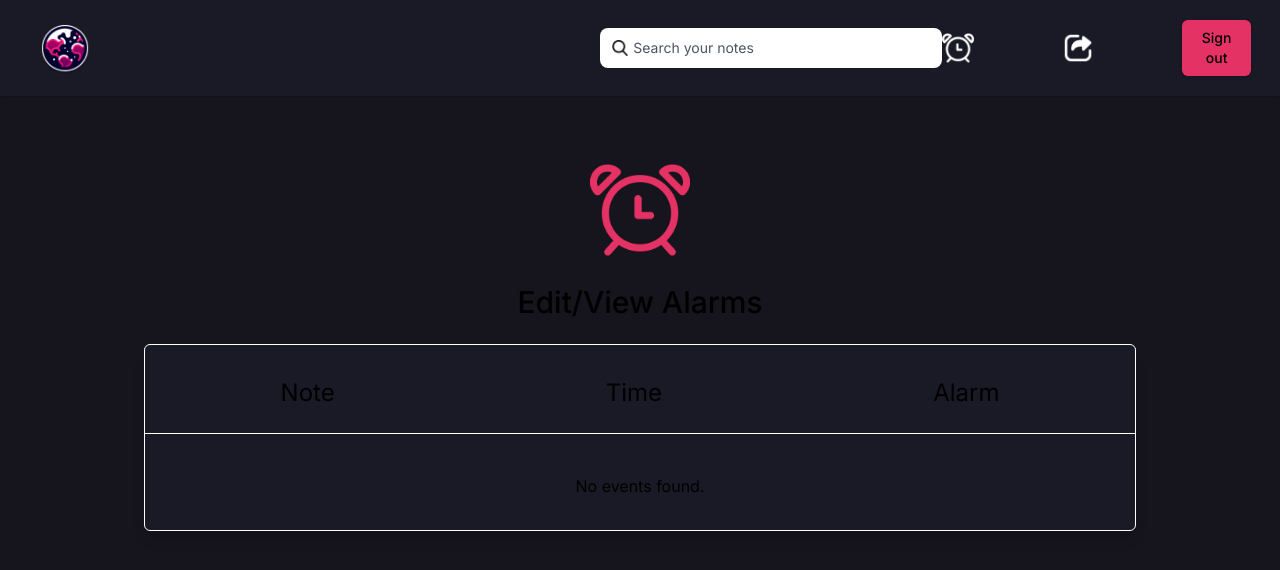
Repository: plan-it-earth/plan-it-earth
Page: /pages/alarm
An editor plug-in stored every save of this project. The page is shown before and after the next save, followed by the edit.
The browser window is 1280 px wide. The pictures show the whole page.
The project was rebuilt for these pictures with package versions that can differ from the ones it lists, and the page was loaded fresh each time. The framework's server and built-in components were replaced by stand-ins that run in the browser. Also part of the build but not shown: next.config.mjs, app/lib/Hooks/dbActions.js, app/Components/AlarmRow.tsx.

Above is the page before, as saved 2024-04-18 20:28:42.

### app/layout.tsx
import type { Metadata } from "next";
import { Inter } from "next/font/google";
import "./globals.css";

import { AuthProvider } from "./lib/firebase/AuthProvider";

const inter = Inter({ subsets: ["latin"] });

export const metadata: Metadata = {
  title: "Plan-It-Earth",
  description: "Plan-It-Earth is a calendar application for professors and students",
};

export default function RootLayout({
  children,
}: Readonly<{
  children: React.ReactNode;
}>) {
  return (
    <html lang="en" className="bg-[#16141C]">
      <AuthProvider>
        <body className={inter.className}>{children}</body>
      </AuthProvider>
    </html>
  );
}

### app/pages/alarm/page.jsx
'use client';
import { useRouter } from 'next/navigation';
import React, { useState, useEffect } from 'react';
import { onAuthStateChanged } from 'firebase/auth';
import { auth } from '../../../firebaseConfig';
import Header from '../../Components/Header';
import alarm from '../../Images/alarmLogo.png';
import Image from 'next/image';
import FullCalendar from '@fullcalendar/react';
import dayGridPlugin from '@fullcalendar/daygrid';
import { useCalendarApi } from '../../lib/Context/CalendarProvider';
import AlarmRow from '../../Components/AlarmRow';

export default function Alarm() {
    const router = useRouter();
    const { calendarApi } = useCalendarApi();
    const [events, setEvents] = useState([]);


    useEffect(() => {
        if (calendarApi) {
            const loadEvents = () => {
                const eventsArray = calendarApi.getEvents();
                const filteredEvents = eventsArray.filter((event) => event.extendedProps.alarm >= 0);
                setEvents(filteredEvents);
            };
            loadEvents();
        }
    }, [calendarApi]);

    const formatDate = (date) => {
        const d = new Date(date);
        const options = {
            year: 'numeric', month: '2-digit', day: '2-digit',
            hour: '2-digit', minute: '2-digit', hour12: true,
        };
        return d.toLocaleString('en-US', options).replace(',', ' @');
    }


    return (
        <div className="bg-[#16141C] h-lvh justify-center">
            <Header />
            <div className="flex justify-center mt-16">
                <Image src={alarm} alt="Alarm" height={100} width={100} />
            </div>
            <div className="flex w-full justify-center">
                <h2 className="font-medium text-3xl mt-6">Edit/View Alarms</h2>
            </div>
            <div className="flex flex-col mx-2 sm:mx-36 md:mx-36 lg:mx-36 py-8 bg-[#1A1926] mt-6 border shadow-lg border-white rounded-md">
                <div className="flex flex-row w-full pb-6 text-xl sm:text-2xl font-normal justify-around border-b border-b-1 border-white">
                    <h1>Note</h1>
                    <h1>Time</h1>
                    <h1>Alarm</h1>
                </div>
                <div className="flex flex-col w-full gap-6 mt-6">
                    {events.length > 0 ? (
                        <div className="flex flex-col gap-6">
                            {events.map(event => (
                                <AlarmRow key={event.id} title={event.title} time={formatDate(event.start)} alarm={event.extendedProps.alarm} id={event.id} />
                            ))}
                        </div>
                    ) : (
                        <p className="text-center mt-4">No events found.</p>
                    )}
                </div>
            </div>
        </div>
    );
}

### app/globals.css
@tailwind base;
@tailwind components;
@tailwind utilities;

:root {
  --foreground-rgb: 0, 0, 0;
  --background-start-rgb: 214, 219, 220;
  --background-end-rgb: 255, 255, 255;
}

@media (prefers-color-scheme: dark) {
  :root {
    --foreground-rgb: 255, 255, 255;
    --background-start-rgb: 0, 0, 0;
    --background-end-rgb: 0, 0, 0;
  }
}

body {
  color: rgb(var(--foreground-rgb));
  background: linear-gradient(
      to bottom,
      transparent,
      rgb(var(--background-end-rgb))
    )
    rgb(var(--background-start-rgb));
}

@layer utilities {
  .text-balance {
    text-wrap: balance;
  }
}

.buttonexportpage:hover {
  background-color: #E53265;
}

### app/lib/firebase/AuthProvider.tsx
'use client'

import React, { useState, useEffect } from 'react';
import { onAuthStateChanged, User as firebaseUser } from 'firebase/auth';
import { auth, db } from '../../../firebaseConfig';
import { doc, onSnapshot } from 'firebase/firestore';
import UserContext from './UserContext';
import { CalendarProvider } from '../Context/CalendarProvider';

export interface UserData {
    email: string;
    uid: string;
    events: "";
}

export interface AuthState {
    userData: UserData | null;
}

interface AuthProviderProps {
    children: React.ReactNode;
}

export const AuthProvider = ({ children }: AuthProviderProps) => {
    const [userData, setUserData] = useState<AuthState>({ userData: null});

    useEffect(() => {
        const unsubscribe = onAuthStateChanged(auth, async (user: firebaseUser | null) => {
            try {
                // If user is logged in, get user data from firestore
                if (user) {
                    const uid = user.uid;
                    const userRef = doc(db, 'users', uid);
                    const unsubscribeUser = onSnapshot(userRef, (doc) => {
                        const userData = doc.exists() ? {...doc.data(), uid} as UserData : null;
                        setUserData({ userData });
                    });
                    return () => unsubscribeUser();
                } else {
                    setUserData({ userData: null });
                    return () => {};
                }
            } catch (error) {
                console.log("Error getting user data: ", error);
            }
        });
        return () => unsubscribe();
    }, []);
    return (
        <UserContext.Provider value={userData}>
            <CalendarProvider>
                {children}
            </CalendarProvider>
        </UserContext.Provider>
    )
}

### firebaseConfig.ts
// Import firebase modules
import 'firebase/firestore';
import 'firebase/auth';
import 'firebase/storage';
// Import the functions you need from the SDKs you need
import { initializeApp } from "firebase/app";
import { getFirestore } from 'firebase/firestore';
import { getAuth } from 'firebase/auth';
import { getStorage } from 'firebase/storage';
// TODO: Add SDKs for Firebase products that you want to use
// https://firebase.google.com/docs/web/setup#available-libraries

// Your web app's Firebase configuration
// For Firebase JS SDK v7.20.0 and later, measurementId is optional
const firebaseConfig = {
  apiKey: "AIzaSyBZBzlYp8KR-bJDEJVVbYroSMxS-GXYmR8",
  authDomain: "plan-it-earth-94b85.firebaseapp.com",
  projectId: "plan-it-earth-94b85",
  storageBucket: "plan-it-earth-94b85.appspot.com",
  messagingSenderId: "97255809349",
  appId: "1:97255809349:web:8b9f6ed7ba990714221e2c",
  measurementId: "G-WXFLGQPQ1S"
};

// Initialize Firebase
const app = initializeApp(firebaseConfig);
export const db = getFirestore(app);
export const auth = getAuth(app);
export const storage = getStorage(app);

### app/Components/Header.tsx
'use client';
import React, { useState, useEffect } from 'react';
import ReactDOM from 'react-dom';
import Image from 'next/image';
import { useRouter } from 'next/navigation';

import Search from './Search';

import logo from '../Images/headerlogo.png';
import alarm from '../Images/headeralarm.png';
import share from '../Images/headershare.png';

import { getAuth, signOut } from "firebase/auth";

function logOut() {
    const auth = getAuth();
    signOut(auth).then(() => {
        console.log("User signed out");
    }).catch((error) => {
        console.log("Error signing out: ", error);
    });

    console.log("Sign out clicked");
    location.href = "/";
}

export default function Header() {
    const router = useRouter();

    const routeToAlarm = () => {
        router.push('/pages/alarm')
    }

    const routeToExportOrShare = () => {
        router.push('/pages/exportorshare')
    }

    const routeToCalendar = () => {
        router.push('/pages/calendar')
    }

    return (
        <div className="flex h-24 w-full px-2 py-5 bg-[#1A1926] shadow justify-around md:px-10">
            <div className="flex flex-row h-full items-center space-x-2 md:gap-20">
                <Image onClick={routeToCalendar} src={logo} alt="Plan-It-Earth" height={50} width={50} className="h-30 w-30 mt-1 cursor-pointer hover:opacity-85 md:h-35 md:h-35"/>
                <div className="hidden sm:w-48 sm:block"></div>
                <div className="hidden sm:w-48 sm:block"></div>
            </div>
            {/*<div className="hidden w-24 lg:block"></div>*/}
            <Search />
            <div className="flex flex-row h-full items-center space-x-2 md:gap-20">
                <Image onClick={routeToAlarm} src={alarm} alt="Alarm" height={35} width={35} className="h-8 w-8 cursor-pointer hover:opacity-85"/>
                <Image onClick={routeToExportOrShare} src={share} alt="Share" height={35} width={35} className="h-8 w-8 cursor-pointer hover:opacity-85"/>
                <button onClick={() => logOut()} className="px-3 py-2 rounded-md text-xs font-medium bg-[#E53265] outline-none border-none shadow hover:brightness-110 md:px-5 md:py-2 md:text-sm">Sign out</button>
            </div>
        </div>
    )
}

### app/lib/Context/CalendarProvider.tsx
import React, { createContext, useContext, useState, ReactNode, RefObject } from 'react';

interface CalendarProviderProps {
    children: ReactNode;
}

interface CalendarContextType {
    calendarApi: any;
    setCalendarApi: (api: any) => void;
}

const CalendarContext = createContext<CalendarContextType | null>(null);

export const CalendarProvider: React.FC<CalendarProviderProps> = ({ children }) => {
    const [calendarApi, setCalendarApi] = useState<any>(null);

    return (
        <CalendarContext.Provider value={{ calendarApi, setCalendarApi }}>
            {children}
        </CalendarContext.Provider>
    );
};

export const useCalendarApi = () => {
    const context = useContext(CalendarContext);
    if (context === null) {
        throw new Error('useCalendarRef must be used within a CalendarProvider');
    }
    return context;
};

### app/lib/firebase/UserContext.tsx
import { createContext } from "react";
import { AuthState } from './AuthProvider';

const UserContext = createContext<AuthState>({ userData: null });

export default UserContext;

### app/Components/Search.tsx
'use client';
import React, { useState } from 'react';
import Image from 'next/image';
import { useRouter} from 'next/navigation';

import search from '../Images/search.png';

export default function Search() {
    const [searchInput, setSearchInput] = useState('');
    const router = useRouter();

    const handleSubmit = (event:any) => {
        event.preventDefault();
        router.push(`/pages/search?search=${encodeURIComponent(searchInput)}`);
    };

    const handleInputChange = (event:any) => {
        setSearchInput(event.target.value);
    };

    return (
        <form onSubmit={handleSubmit} className="flex flex-row mx-auto h-10 w-36 items-center gap-2 self-center bg-[#fff] rounded-lg md:w-96 sm:w-80">
            <button type="submit" className="border-none bg-none">
                <Image src={search} alt='Search' height={18} width={18} className="h-4 w-4 ml-2 cursor-pointer md:ml-3"/>
            </button>
            <input onChange={handleInputChange} type='text' placeholder="Search your notes" className="w-full text-black placeholder-gray-600 text-xs outline-none border-none md:text-sm"/>
        </form>
    )
}

Loaded but not shown: tailwind.config.ts (common file)

After the next save:
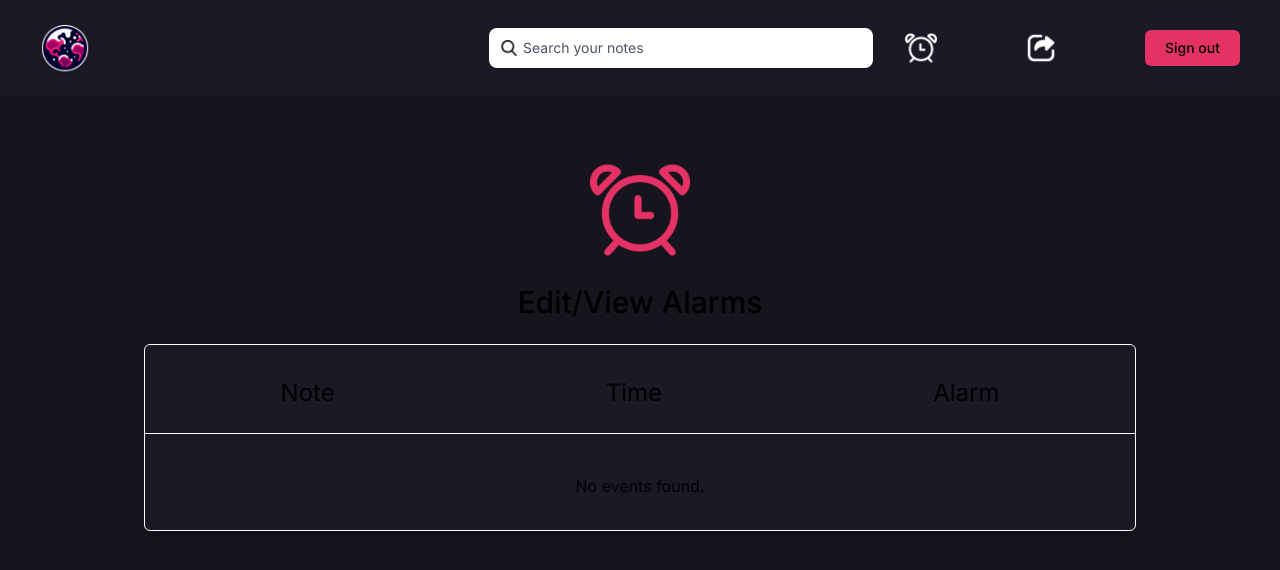
Saved 4 s later.
--- a/app/Components/Header.tsx
+++ b/app/Components/Header.tsx
@@ -44,7 +44,7 @@ export default function Header() {
             <div className="flex flex-row h-full items-center space-x-2 md:gap-20">
                 <Image onClick={routeToCalendar} src={logo} alt="Plan-It-Earth" height={50} width={50} className="h-30 w-30 mt-1 cursor-pointer hover:opacity-85 md:h-35 md:h-35"/>
                 <div className="hidden sm:w-48 sm:block"></div>
-                <div className="hidden sm:w-48 sm:block"></div>
+                <div className="hidden sm: sm:block"></div>
             </div>
             {/*<div className="hidden w-24 lg:block"></div>*/}
             <Search />
